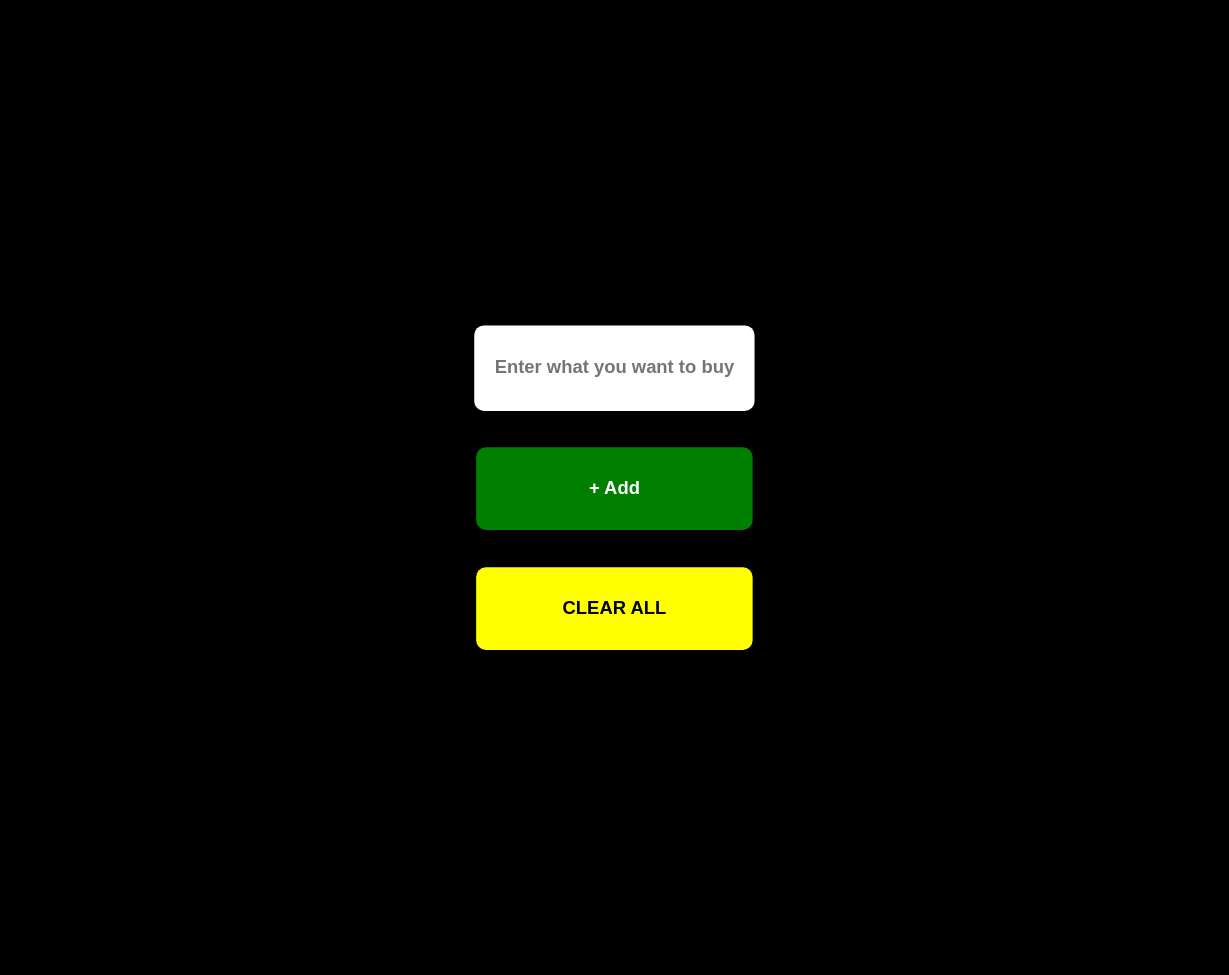
Repository: jcohenp/DI_Exercises
Page: W3/D2/gold/index.html
These files come from the project's save history. The page is drawn as it stood at one moment and after the next save; the edit follows.
The browser window is 1280 px wide. The pictures show the whole page, at 96% of full size.

Above is the page before, as saved 2020-08-25 13:45:46.

After the next save:
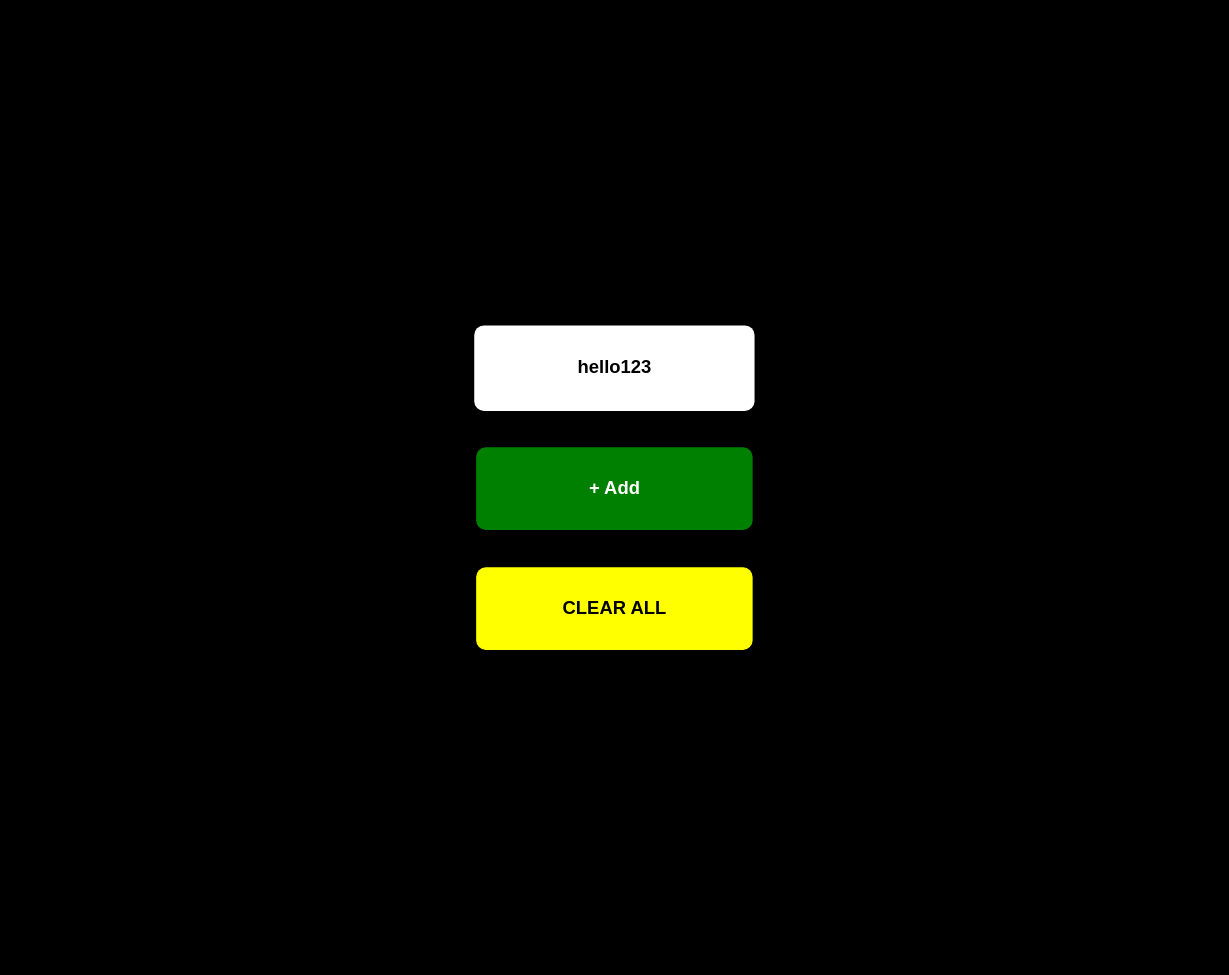
Saved 6 s later.
--- a/W3/D2/gold/js/script.js
+++ b/W3/D2/gold/js/script.js
@@ -24,7 +24,7 @@ function createForm() {
     let formField = document.createElement("input");
     formField.type = "text";
     formField.placeholder = "Enter what you want to buy";
-    // formField.value = "hello123"
+    formField.value = "hello123"
     formField.name = "formField";
     let itemValue = formField.value;
     inputForm.appendChild(formField);
